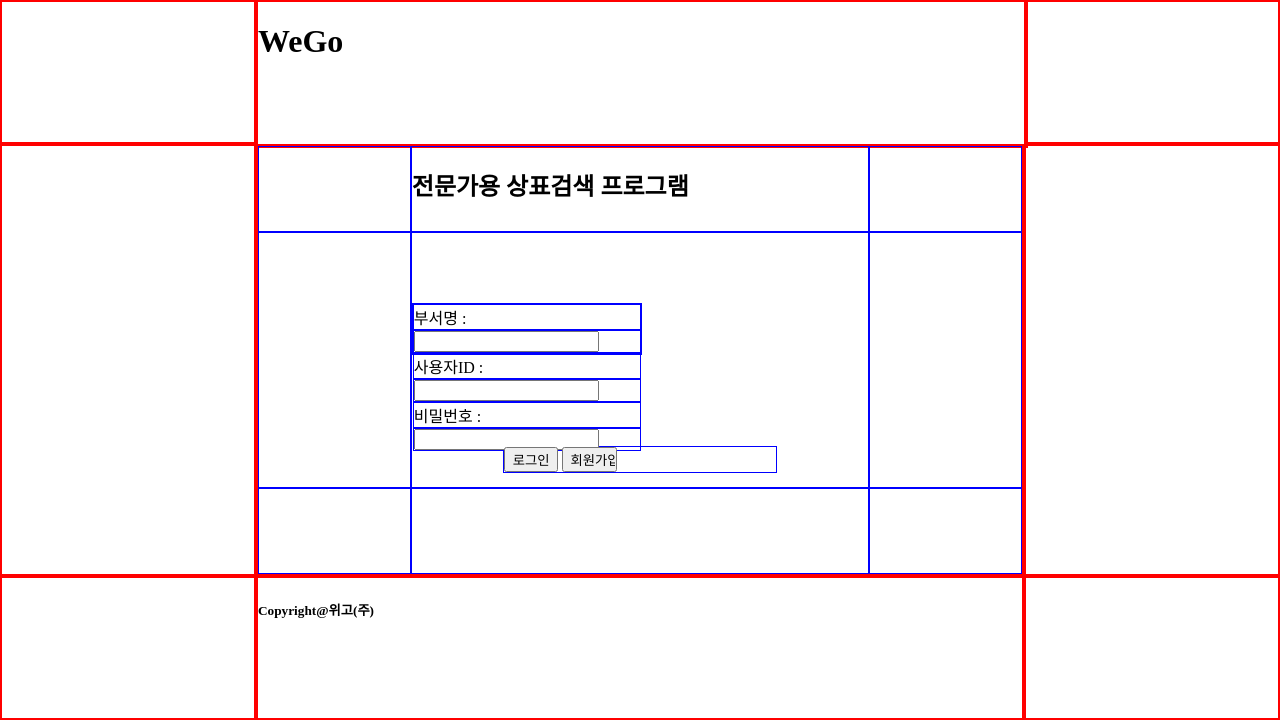
Repository: hamuse/wego1
Page: http://localhost/teamW1/facade.do
The author's editor kept a copy of each file at every save. The page is drawn from the files as they stood at one save, then again after the next save.
The browser window is 1280 px wide. The pictures show the whole page.
Some web libraries are served in a nearby version. The page is served by Tomcat 9. Other server files are loaded and not shown.

Above is the page before, as saved 2019-10-07 11:34:44.

### teamW1/WebContent/WEB-INF/views/facade/main.jsp
<%@ page language="java" contentType="text/html; charset=UTF-8"
   pageEncoding="UTF-8"%>
<%@ taglib prefix="c" uri="http://java.sun.com/jsp/jstl/core" %>
<jsp:include page="../common/head.jsp"/>
<div class="container">
<div ></div><div class="div2"><h2>전문가용 상표검색 프로그램</h2></div><div></div>
<div></div>

<div class="div5">
<c:choose>
    <c:when test="${page eq 'login'}">
    <jsp:include page="login.jsp"/>
    </c:when>
    <c:when test="${page eq 'join'}">
    <jsp:include page="join.jsp"/>
    </c:when>
</c:choose>
</div>
<div></div><div></div><div class="div8"></div><div></div>
</div>
<jsp:include page="../common/foot.jsp"/>

### teamW1/WebContent/WEB-INF/views/common/head.jsp
<%@ page language="java" contentType="text/html; charset=UTF-8"
    pageEncoding="UTF-8"%>
<!doctype html>
<html lang="en">
<head>
	<meta charset="UTF-8" />
	<title>Document</title>
	<script src='http://ajax.googleapis.com/ajax/libs/jquery/1.11.3/jquery.min.js'></script>
	<script src="${js}/app.js"></script>
	<link rel="stylesheet" type="text/css" href="${css}/style.css"></link>
</head>
<body>
<div class="wrapper" style="width: 100%; height:100%">
<div></div><div id="wego"><h1>WeGo</h1></div><div></div>
<div></div>

### teamW1/WebContent/WEB-INF/views/facade/login.jsp
<%@ page language="java" contentType="text/html; charset=UTF-8"
   pageEncoding="UTF-8"%>
<form >

<div class="input_box">
<div>  부서명 :</div><div><input id="d_Name"  type="text" name="dName"/></div>
<div>  사용자ID :</div><div><input id="userName" type="text" name="empNo"/></div>
<div>  비밀번호 :</div><div><input id="userPw" type="text" name="eName"/></div>

</div>
<div id="input_item">
    <input type="hidden" name="action" value="login" />
    <input type="hidden" name="page" value="mypage" />
    <input id="login_btn" type="button" value="로그인"/>
    <input id="join_btn" type="button" value="회원가입"/>
</div>

</form>
<script>

app.init('${ctx}');
</script>

### teamW1/WebContent/WEB-INF/views/common/foot.jsp
<%@ page language="java" contentType="text/html; charset=UTF-8"
    pageEncoding="UTF-8"%>

<div></div><div></div><div><h5>Copyright@위고(주)</h5></div>
<div></div>

</body>
</html>

### teamW1/src/com/web/team1/controllers/FacadeController.java
package com.web.team1.controllers;

import java.io.IOException;
import javax.servlet.ServletException;
import javax.servlet.annotation.WebServlet;
import javax.servlet.http.HttpServlet;
import javax.servlet.http.HttpServletRequest;
import javax.servlet.http.HttpServletResponse;

import com.web.team1.pool.Constants;

@WebServlet("/facade.do")
public class FacadeController extends HttpServlet {
	private static final long serialVersionUID = 1L;

	enum Resources {
		CTX, CSS, JS, IMG
	}
	protected void service(HttpServletRequest request, HttpServletResponse response) throws ServletException, IOException {
		for(Resources r : Resources.values()) {
			System.out.println("퍼사드>>>>>"+r.toString().toLowerCase());
//			    request.getSession().setAttribute(r.toString().toLowerCase(), request.getContextPath()+"/resources/"+r.toString().toLowerCase());
			    request.getSession().setAttribute(r.toString().toLowerCase(), request.getContextPath()+((r.toString().toLowerCase().equals("ctx"))
			    		?"" : "/resources/"+r.toString().toLowerCase()));
		}
		if(request.getParameter("page")==(null)) {
		request.setAttribute("page","login");
	}else {
		request.setAttribute("page", request.getParameter("page"));
		}
	request.getRequestDispatcher(
				String.format(Constants.DOUBLE_PATH,
						request.getServletPath().substring(1,request.getServletPath().indexOf(".")),
						"main"))
		.forward(request,response);
//		System.out.println("야 퍼사드로 들어오냥?");
//		 request
//		  .getRequestDispatcher(
//				  String.format(Constants.DOUBLE_PATH,request.getServletPath().substring(1,request.getServletPath().indexOf(".")),
//						  "login"))
//		  .forward(request, response);

	}
}

### teamW1/WebContent/resources/js/app.js
var app= (()=>{
    return{
        init : (ctx)=>{
            $('#login_btn').click(()=>{
                alert('로그인!!!!!!');
                location.assign(ctx+'/login.do?action=login&page=mypage');
            });
            $('#join_btn').click(()=>{
                alert('회원가입 이동');
                location.assign(ctx+'/facade.do?action=move&page=join');
            });
            btn.login2(ctx);
            btnjoin.joinbtn(ctx);
        }

    };
})();
var member = (()=>{
    var _dName,_deptNo,_eName,_empNo,_dName,_job,_mgr,_hireDate,_comm;
    var setEmpNo = (empNo)=>{this._empNo = empNo;}
    var setEName = (eName)=>{this._eName = eName;}
    var setDName = (dName)=>{this._dName = dName;}
    var getEmpNo = ()=>{return this._setEmpNo;}
    var getEName = ()=>{return this._setEName;}
    var getDName = ()=>{return this._setDName;}
    return{
        setEmpNo : setEmpNo,setEName : setEName,setDName : setDName,
        getEmpNo : getEmpNo,getEName : getEName,getDName : getDName
    };
})();
var btn= (()=>{
	return{
		 login2 : (ctx)=>{
			   $('#login_btn').click(()=>{
	            	if($('#d_Name').val()===''||$('#empNo').val()===''||
	            			$('#eName').val()===''){
	            		alert('필수값이 없습니다')}
	            		else{
	            			alert('입력한 아이디 값: '+$('#empNo').val());
	            			$('#login_form')
	            			$('#login_form').attr('action', ctx+'/login.do');
	            			$('#login_form').attr('method','POST');
	            			$('#login_form').submit();
	            		}
	            });
		 }
	};
})();

var btnjoin=(()=>{
	return{
		joinbtn : (ctx)=>{
			$('#join_btn1').click(()=>{
				alert('회원가입!!!됐냐?!!!');
				$('#join_form').attr('action',ctx+'/login.do');
				$('#join_form').submit();

			});
		}
	};
})();

### teamW1/WebContent/resources/css/style.css
@charset "UTF-8";
html, body{
	margin: 0;
	height: 100%;
	overflow: hidden;
}
.wrapper{
	display: grid;
	width: 100%
	height: 100%;
	grid-template-columns: 20% 60% 20%;
	grid-template-rows: 20% 60% 20%;
}
.wrapper div{
	border: 2px solid red;
}
.container{
	display: grid;
	width: 100%
	height: 100%;
	grid-template-columns: 20% 60% 20%;
	grid-template-rows: 20% 60% 20%;
	border : 1px solid blue;
}
.container div{
	border : 1px solid blue;
}
#login_tab{
	display: grid;
	width: 100%;
	height: 80%;
	grid-template-columns: 50% 50%;
	grid-template-rows: 50% 50%;
	margin: 0 auto;
	padding-top: 50px;
}
#join_form{width: 100%; height: 100%}
#login_form{
	display: grid;
	width: 100%;
	height: 100%;
	grid-template-rows: 50% 50%;
}
#login_form div{1px solid black}
#login_tab div{border : 1px solid black;}
.input_box{
	grid-template-rows: 33% 34% 33%;
	grid-template-columns: 50% 50%;
	width: 50%; height: 50px; margin-top: 70px;
}
#input_item{margin: 20% ;}
#wego{width: 100%;height: 100%;}
#login_btn{width: 20%; height: 20%}
#join_btn{width: 20%; height: 20%}
.input_text{width: 50%; height: 50px; margin-top: 70px}

After the next save:
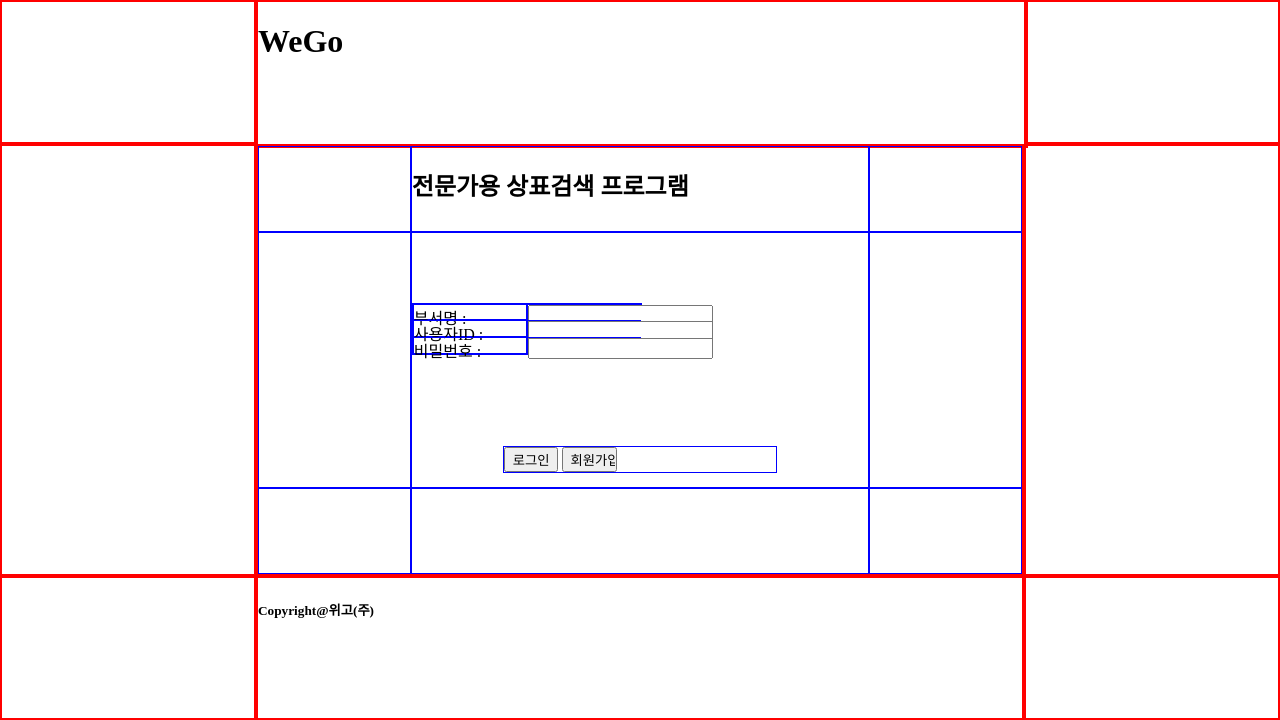
Saved 89 s later.
--- a/teamW1/WebContent/resources/css/style.css
+++ b/teamW1/WebContent/resources/css/style.css
@@ -44,6 +44,7 @@ html, body{
 #login_form div{1px solid black}
 #login_tab div{border : 1px solid black;}
 .input_box{
+	display: grid;
 	grid-template-rows: 33% 34% 33%;
 	grid-template-columns: 50% 50%;
 	width: 50%; height: 50px; margin-top: 70px;
